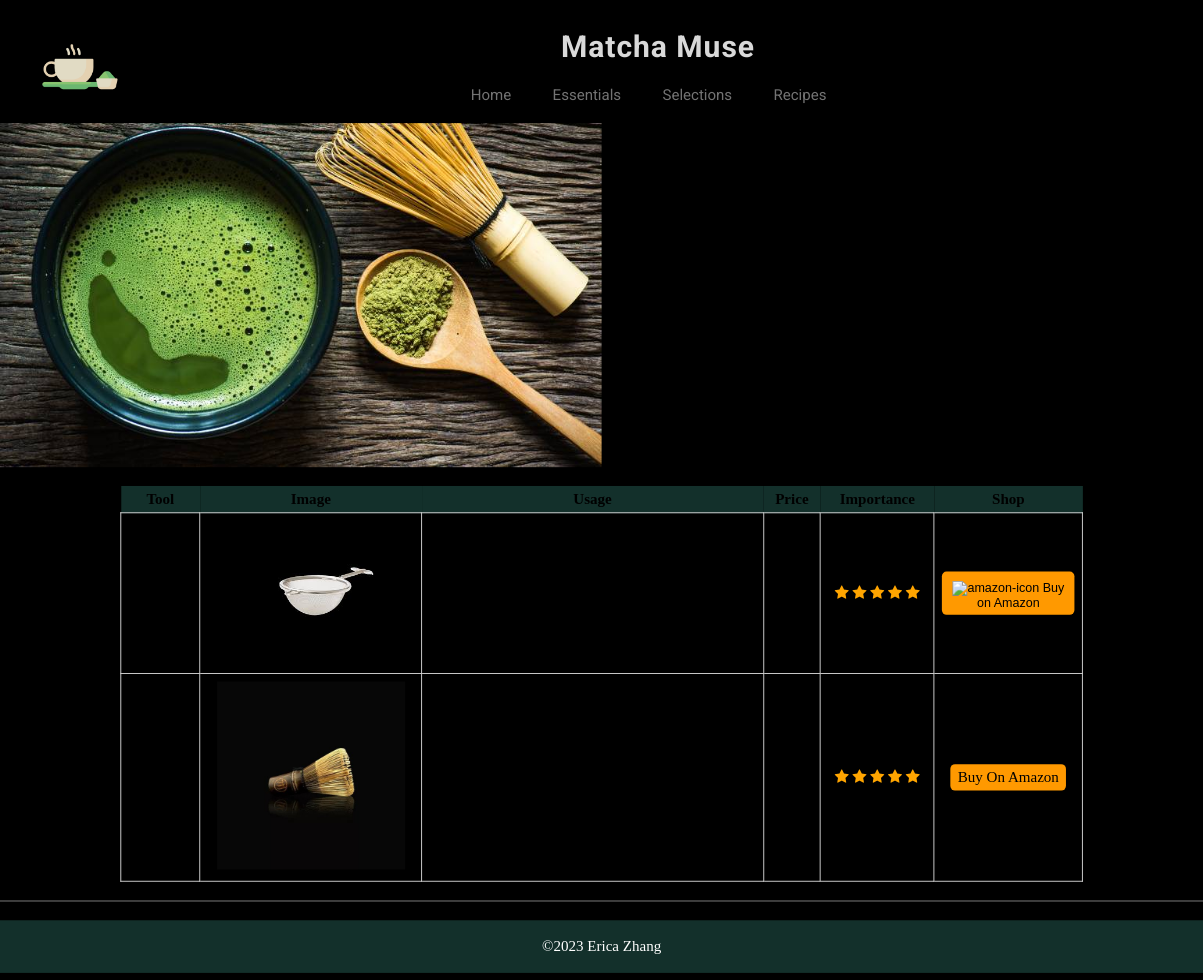
Repository: ericazz17/matchawebsite
Page: essentials.html
The author's editor kept a copy of each file at every save. The page is drawn from the files as they stood at one save, then again after a run of saves.
The browser window is 1280 px wide. The pictures show the whole page, at 94% of full size.

Above is the page before, as saved 2023-09-26 04:50:55.
Not found: images/amazon.png

After the next 3 saves:
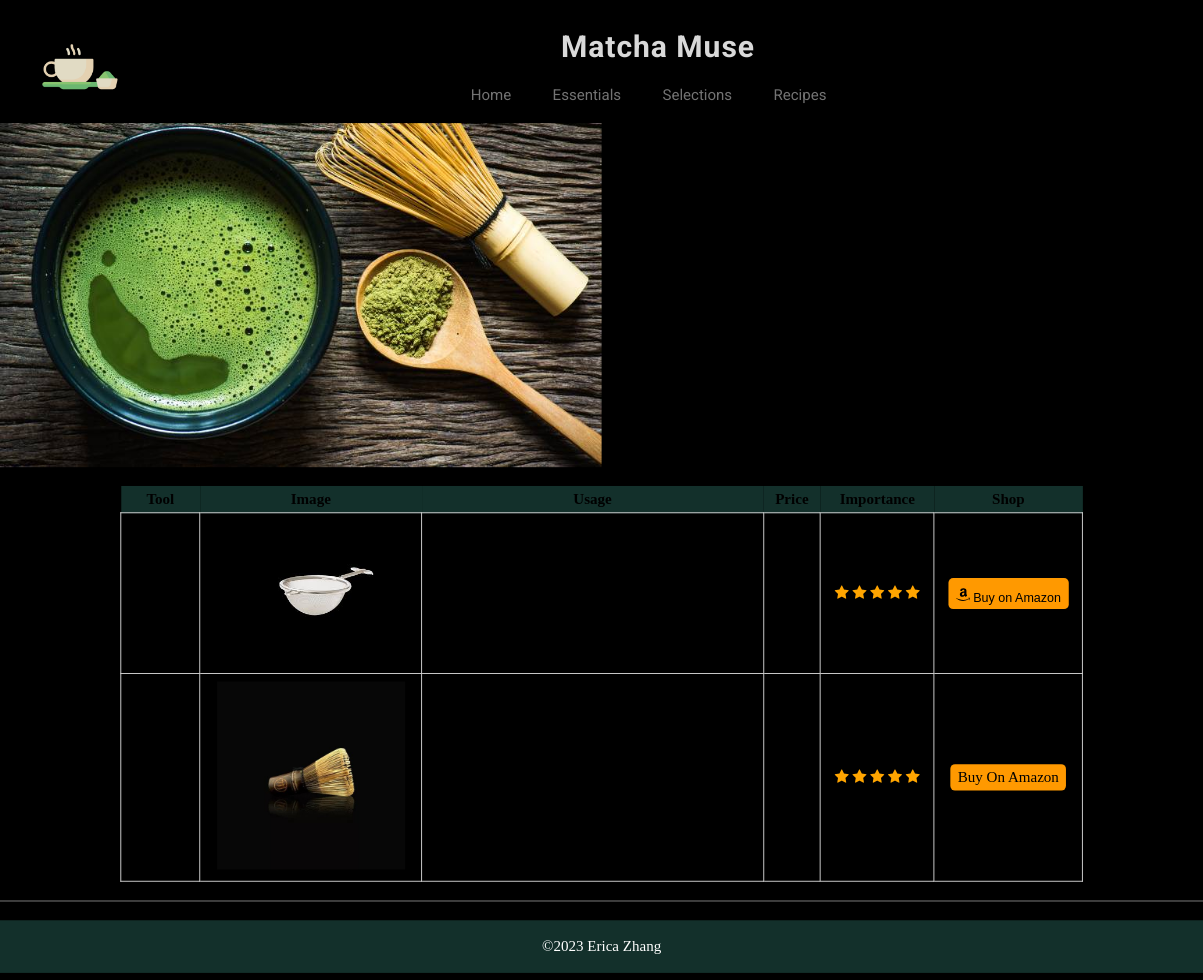
The 3 saves are shown as one change because they came seconds apart.
The last was saved 2 min 16 s later.
--- a/essentials.html
+++ b/essentials.html
@@ -72,7 +72,7 @@
             </td>
             <td>
                 <button class="buy-now-button">
-                    <img class="amazon-icon" src="images/amazon.png" alt="amazon-icon">
+                    <img class="amazon-icon" src="images/amazon-logo.svg" alt="amazon-icon">
                     <span>Buy on Amazon</span>
                 </button>
                 <!-- <div class="buy-now-container">
